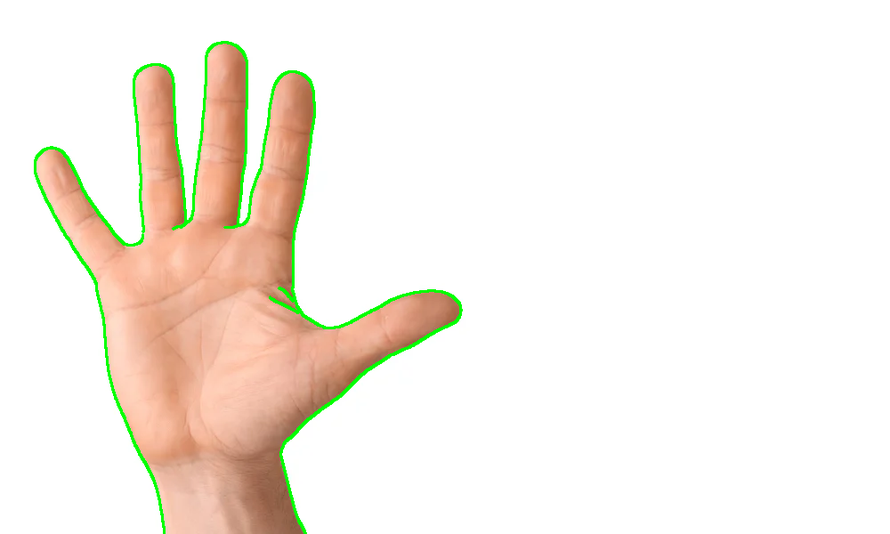
Repository: dongquan1504/ThiGiacMayTinh
Script's output: python findFingleDemo.py
An editor plug-in stored every save of this project. The script's output is shown before and after the next save, followed by the edit.
The pictures are shown at 89% of full size.
Random numbers start from a fixed seed. It also reads hand.jpg, images.jpg.

Above is the script's output before, as saved 2023-12-28 17:21:49.

After the next save:
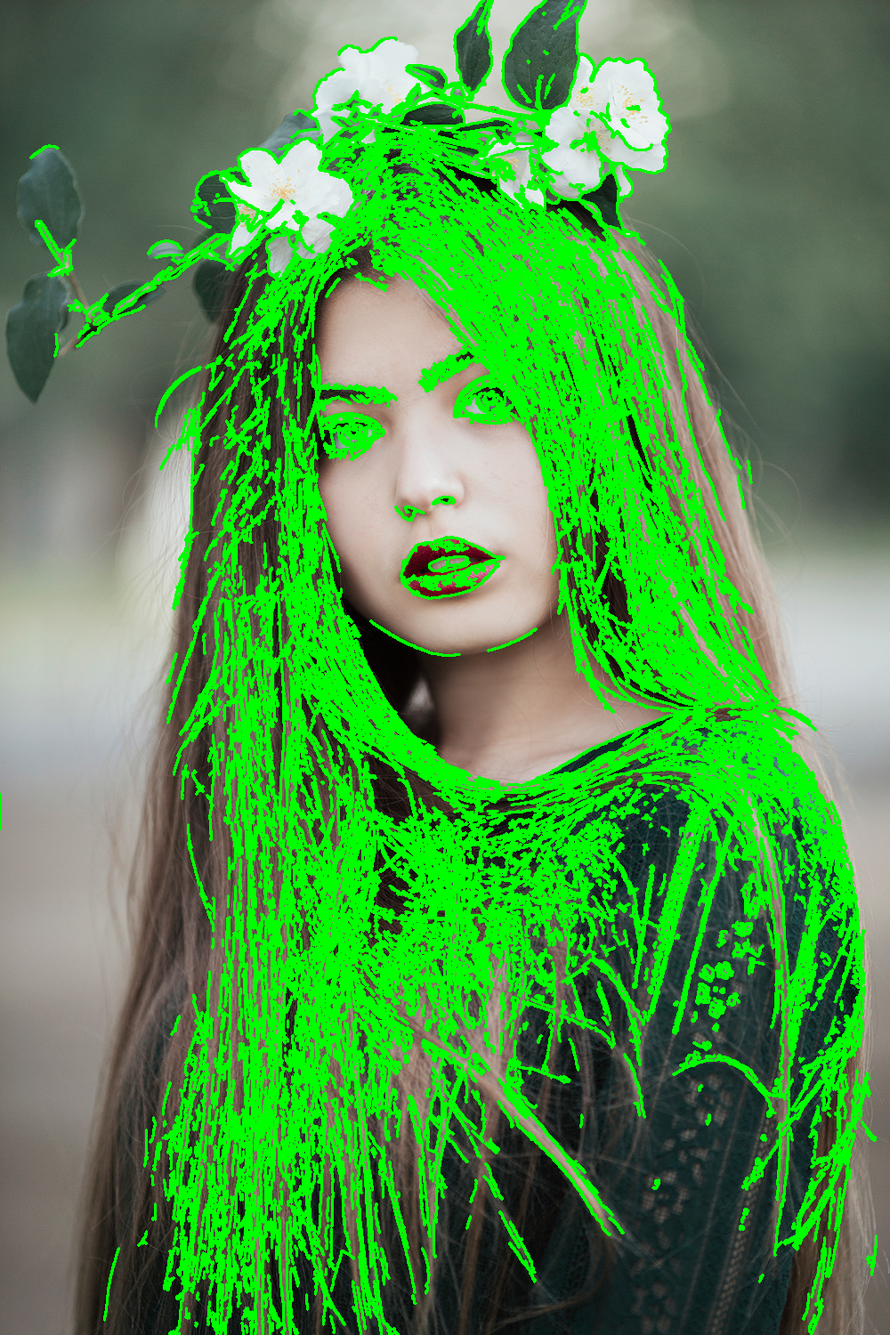
Saved 85 s later.
--- a/findFingleDemo.py
+++ b/findFingleDemo.py
@@ -1,7 +1,7 @@
 import cv2
 
 # Đường dẫn đến ảnh cần xử lý
-image_path = "hand.jpg"
+image_path = "images.jpg"
 
 # Đọc ảnh từ đường dẫn
 img = cv2.imread(image_path)

After the save that followed:
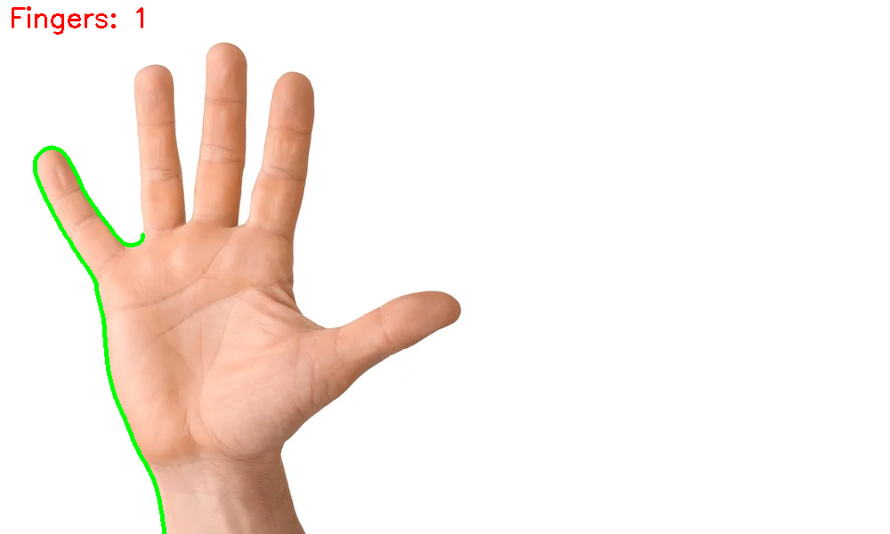
Saved 73 s later.
--- a/findFingleDemo.py
+++ b/findFingleDemo.py
@@ -1,12 +1,11 @@
 import cv2
+import numpy as np
 
 # Đường dẫn đến ảnh cần xử lý
-image_path = "images.jpg"
+image_path = "hand.jpg"
 
-# Đọc ảnh từ đường dẫn
+# Đọc ảnh từ đường dẫn và chuyển đổi sang ảnh thang độ xám
 img = cv2.imread(image_path)
-
-# Chuyển đổi ảnh sang ảnh thang độ xám
 gray = cv2.cvtColor(img, cv2.COLOR_BGR2GRAY)
 
 # Áp dụng phương pháp Canny để phát hiện cạnh
@@ -15,11 +14,20 @@
 # Tìm đường viền trong ảnh
 contours, _ = cv2.findContours(edges, cv2.RETR_EXTERNAL, cv2.CHAIN_APPROX_SIMPLE)
 
-# Vẽ đường viền lên ảnh gốc
-img_with_contours = img.copy()
-cv2.drawContours(img_with_contours, contours, -1, (0, 255, 0), 2)
+# Sắp xếp các đường viền theo diện tích từ lớn đến nhỏ
+contours = sorted(contours, key=cv2.contourArea, reverse=True)
 
-# Hiển thị ảnh với đường viền
-cv2.imshow('Image with Contours', img_with_contours)
+# Vẽ các đường viền lớn nhất (ngón tay) lên ảnh gốc
+finger_count = 0
+for contour in contours:
+    perimeter = cv2.arcLength(contour, True)
+    approx = cv2.approxPolyDP(contour, 0.02 * perimeter, True)
+    if len(approx) == 5:  # Xác định ngón tay dựa trên số cạnh
+        cv2.drawContours(img, [contour], -1, (0, 255, 0), 3)
+        finger_count += 1
+
+# Hiển thị ảnh với các ngón tay đã được phân biệt
+cv2.putText(img, f'Fingers: {finger_count}', (10, 30), cv2.FONT_HERSHEY_SIMPLEX, 1, (0, 0, 255), 2)
+cv2.imshow('Image with Counted Fingers', img)
 cv2.waitKey(0)
 cv2.destroyAllWindows()
